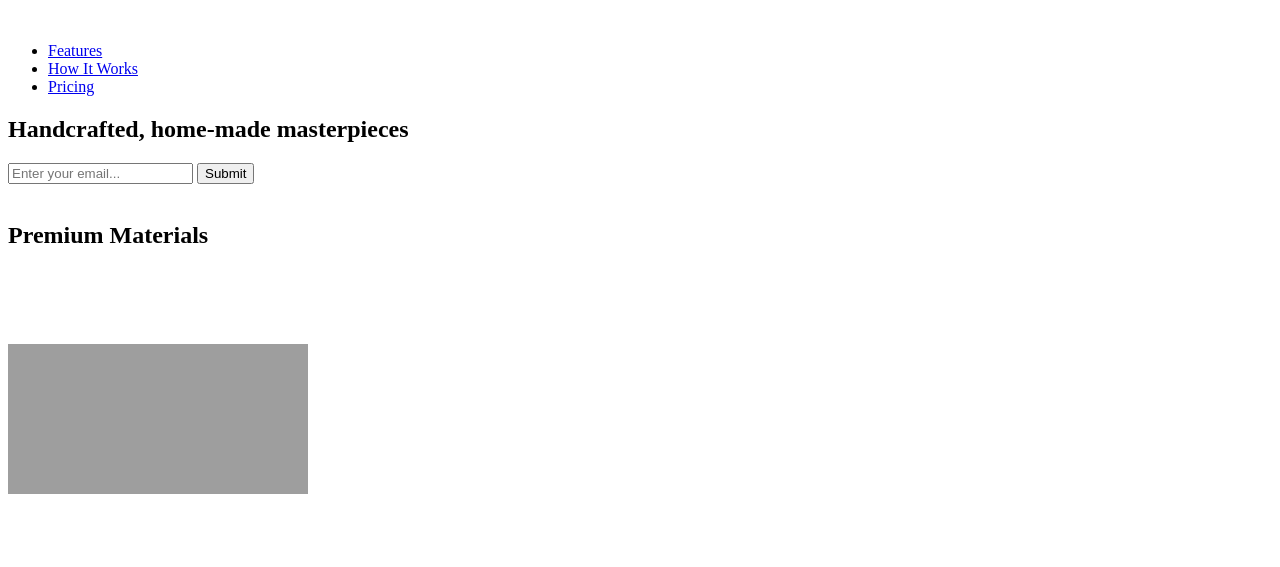
Repository: Lungdjos/product_landing_page_certification
Page: index.html
These files come from the project's save history. The page is drawn as it stood at one moment and after the next save; the edit follows.
The browser window is 1280 px wide. The pictures show the whole page.
Pictures or frames that could not be fetched are drawn as grey boxes.

Above is the page before, as saved 2023-12-17 23:41:18.

### index.html
<!DOCTYPE html>
<html lang="en">

<head>
    <meta charset="UTF-8">
    <meta name="viewport" content="width=device-width, initial-scale=1.0">
    <title>Product Landing Page</title>
    <link rel="stylesheet" href="./styles.css">
</head>

<body>
    <header id="header">
        <img src="" alt="" id="header-img">
        <nav id="nav-bar">
            <ul>
                <li>
                    <a href="#features" class="nav-link">Features</a>
                </li>
                <li>
                    <a href="#how-it-works" class="nav-link">How It Works</a>
                </li>
                <li>
                    <a href="#pricing" class="nav-link">Pricing</a>
                </li>
            </ul>
        </nav>
    </header>
    <main>
        <section id="home">
            <h2 id="title">Handcrafted, home-made masterpieces</h2>
            <form action="https://www.freecodecamp.com/email-submit" id="form">
                <input type="email" id="email" name="email" placeholder="Enter your email...">
                <input type="submit" id="submit">
            </form>
        </section>
        <section id="features">
            <div class="first-feature">
                <img src="" alt="" class="ft-img">
                <h2 class="ft-heading">Premium Materials</h2>
                <p class="ft-paragraph"></p>
            </div>
            <div class="second-feature">
                <img src="" alt="" class="ft-img">
                <h2 class="ft-heading"></h2>
                <p class="ft-paragraph"></p>
            </div>
            <div class="third-feature">
                <img src="" alt="" class="ft-img">
                <h2 class="ft-heading"></h2>
                <p class="ft-paragraph"></p>
            </div>

        </section>
        <section id="how-it-works">
            <iframe src="https://www.youtube.com/watch?v=Ngyygp2oSRk" title="miraclous healing" frameborder="0" id="video"></iframe>
        </section>
        <section id="pricing"></section>
    </main>
</body>

</html>

</html>

</html>

### styles.css
/* Page Stylings */

* {
    box-sizing: border-box;
}

After the next save:
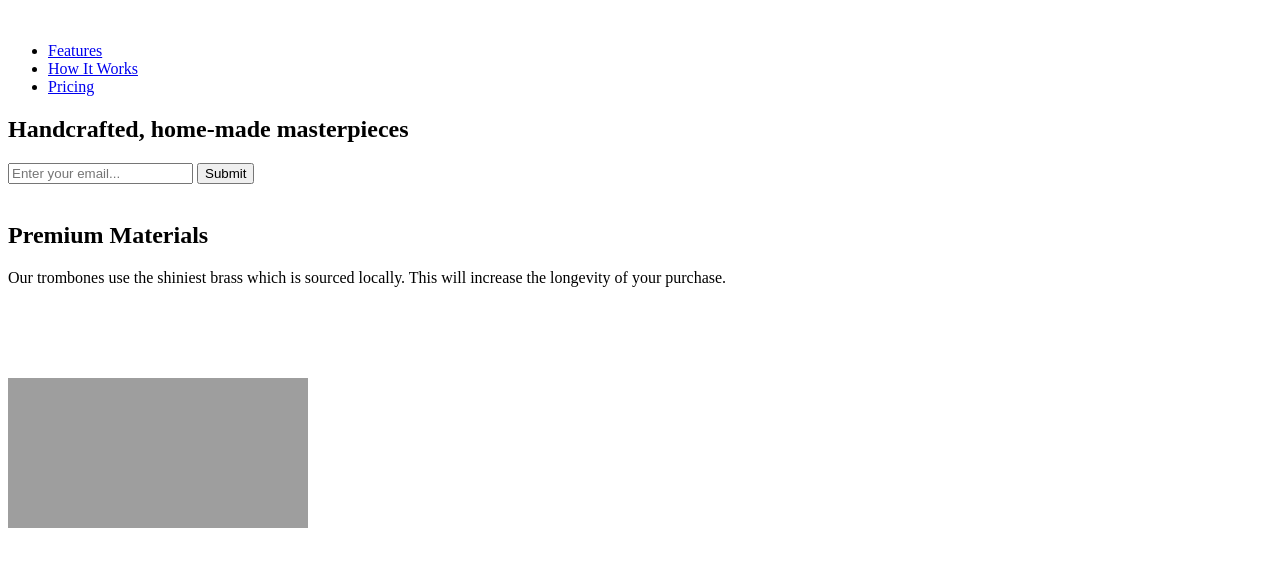
Saved 13 s later.
--- a/index.html
+++ b/index.html
@@ -37,7 +37,7 @@
             <div class="first-feature">
                 <img src="" alt="" class="ft-img">
                 <h2 class="ft-heading">Premium Materials</h2>
-                <p class="ft-paragraph"></p>
+                <p class="ft-paragraph">Our trombones use the shiniest brass which is sourced locally. This will increase the longevity of your purchase.</p>
             </div>
             <div class="second-feature">
                 <img src="" alt="" class="ft-img">
